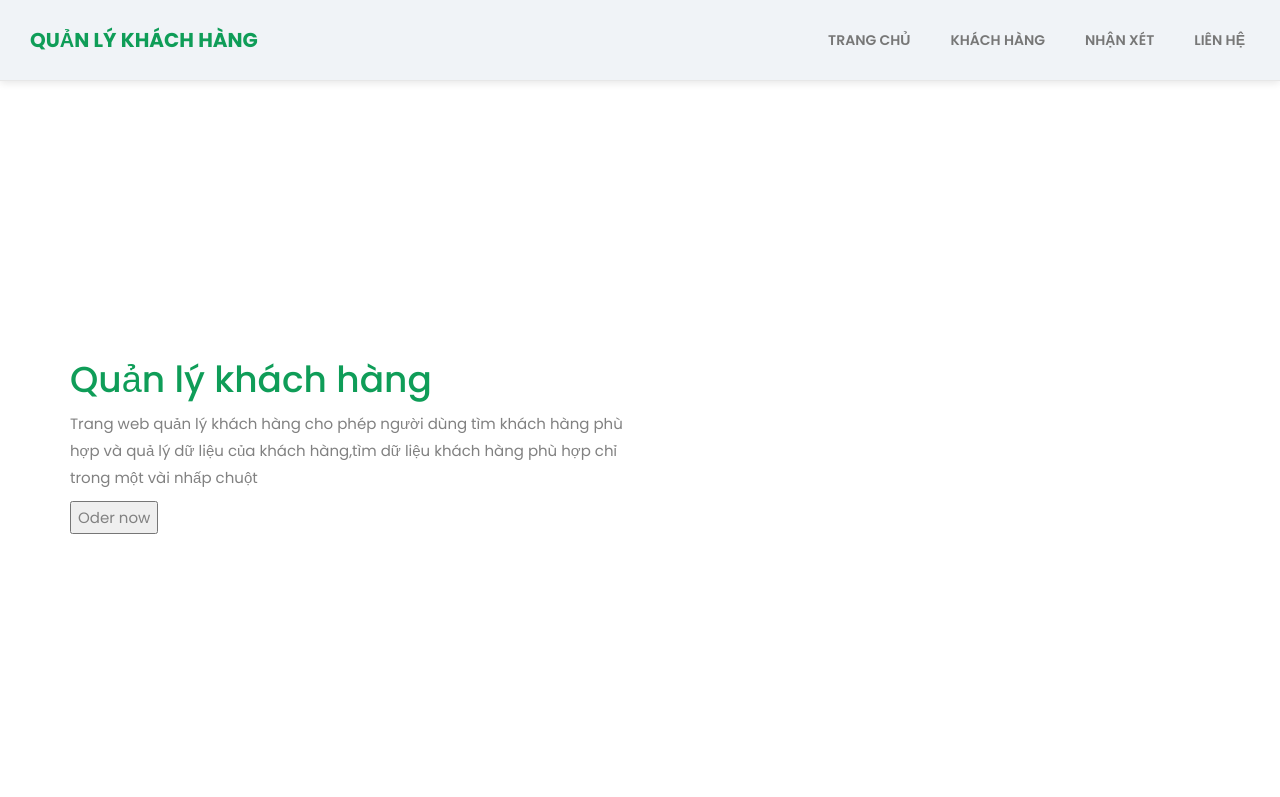
Repository: huutien1904/bt2-ltw
Page: index.html
These files come from the project's save history. The page is drawn as it stood at one moment and after the next save; the edit follows.
The browser window is 1280 px wide. The pictures show the whole page.

Above is the page before, as saved 2021-11-04 00:22:42.

After the next save:
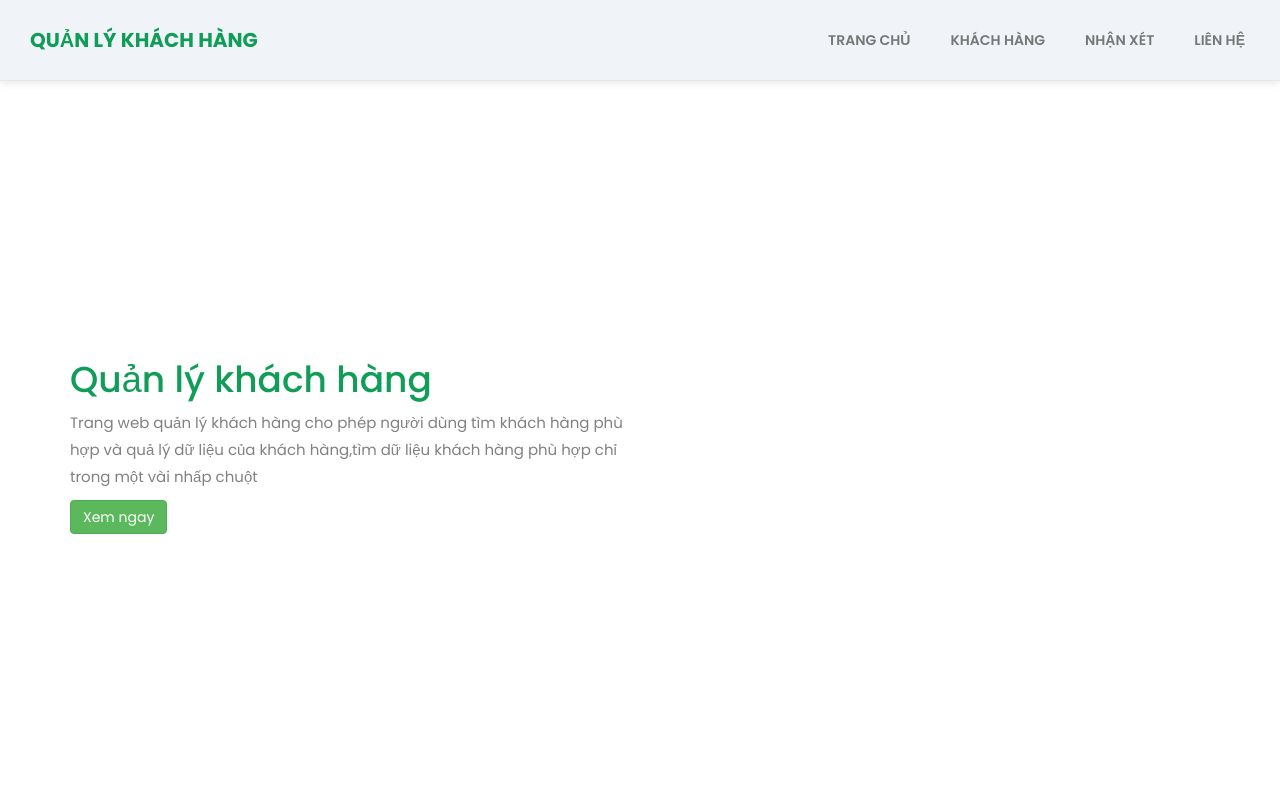
Saved 66 s later.
--- a/index.html
+++ b/index.html
@@ -54,7 +54,7 @@
               Trang web quản lý khách hàng cho phép người dùng tìm khách hàng phù hợp và quả lý dữ liệu của khách hàng,tìm dữ liệu khách hàng phù hợp chỉ trong một vài nhấp chuột
             </p>
             <div class="left-to-right play-on-scroll delay-4">
-              <button>Oder now</button>
+              <button type="button" class="btn btn-success">Xem ngay</button>
             </div>
           </div>
         </div>
